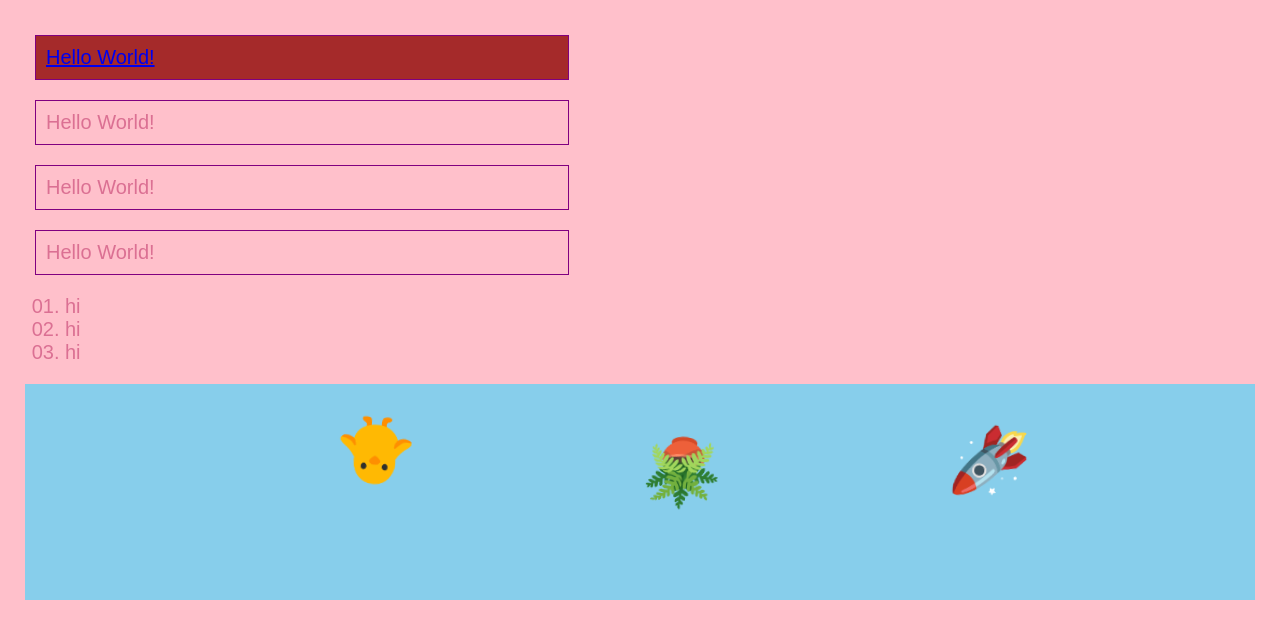
Repository: j1s00jang/MDIA-2109
Page: index2.html
These files come from the project's save history. The page is drawn as it stood at one moment and after the next save; the edit follows.
The browser window is 1280 px wide. The pictures show the whole page.

Above is the page before, as saved 2025-02-24 10:21:48.

### index2.html
<!DOCTYPE html>
<html lang="en">
<head>
    <meta charset="UTF-8">
    <meta name="viewport" content="width=device-width, initial-scale=1.0">
    <title>Document</title>
    <link rel="stylesheet" href="css/style.css">
</head>
<body>
    <!-- <section>
        Hello World!🐶
    </section>
    <section class="container">
        And Hello!🐻‍❄️
    </section>
    <section class="container" id="specific-container">
        Hello, Teenie!🐰
    </section>
    <section class="section">
        <section class="container">
            Hello fox!🦊
        </section>
    id is override everything!
    id > selector > element
    !important <- it makes absolute value, not effected
    </section> -->



    <section class="container">
        <a href="321.html" class="link">Hello World!</a>
    </section>
    <section class="container">
        Hello World!
    </section>
    <section class="container">
        Hello World!
    </section>
    <section class="container">
        Hello World!
    </section>
    <ul>
        <li>
            hi
        </li>
        <li>
            hi
        </li>
        <li>
            hi
        </li>
    </ul>



    <div class="css">
        <span class="css__spinner spin">🐥</span>
        <span class="css__spinner moreSpin">🪴</span>
        <span class="css__spinner mostSpin">🚀</span>
    </div>






</body>
</html>

### css/style.css
/* Resets and Basics */

html {
    font-family: "Futura", sans-serif;
    font-size: 1.25em;
    background-color: pink;
    padding: 1.25em;
    color:palevioletred;
}

body {
    margin: 0;
}


section {
    border: 1px solid gray;
    /* border-width: 1px;
    border-style: solid;
    border-color: gray; */
    width: 40vw;
    /* vw is almost similar with % */
    padding: 10px;
    margin: 10px;
}


section .container {
    border-color: darkorange;
}

.container {
    border: 1px solid;
    border-color: purple;
    transition: all 0.5s;
}


.container:first-child {
    background-color: brown;
}




.container:hover {
    width: 50vw;
}

.container + .container {
    margin-top: 20px;
}


.link {
    transition: background-color 1s;
}

.link:hover {
    text-decoration: underline;
    color: gray;
    background-color: hotpink;
}



#specific-container {
    border-color: blue;
}


ul {
    list-style-type: decimal-leading-zero;
}







.icon-box {
    padding: 5px;
}

.icon-box__image {
    width: 40px;
    height: 40px;
}

.icon-box__heading {
    font-size: 20px;
    margin: 10px 0;
    text-align: center;
}

.icon-box__text {
    color: gray;
    font-size: 12px;
}


/* Animations */

.css {
    position: relative;
    height: 30vh;
    font-size: 65px;
    background: skyblue;
}

.css__spinner {
    position: absolute;
    animation-name: makeItSpin;
    animation-duration: 3s;
    animation-timing-function: ease-in;
    animation-delay: 0s;
    animation-iteration-count: infinite;
}

.spin { left: 25%; top: 25%; }
.moreSpin { left: 50%; top: 35%; }
.mostSpin { left: 75%; top: 30%; }



@keyframes makeItSpin {
    0% {
        transform: rotate(0);
    }
    100% {
        transform: rotate(360deg) translateY(50px);
    }
}

After the next save:
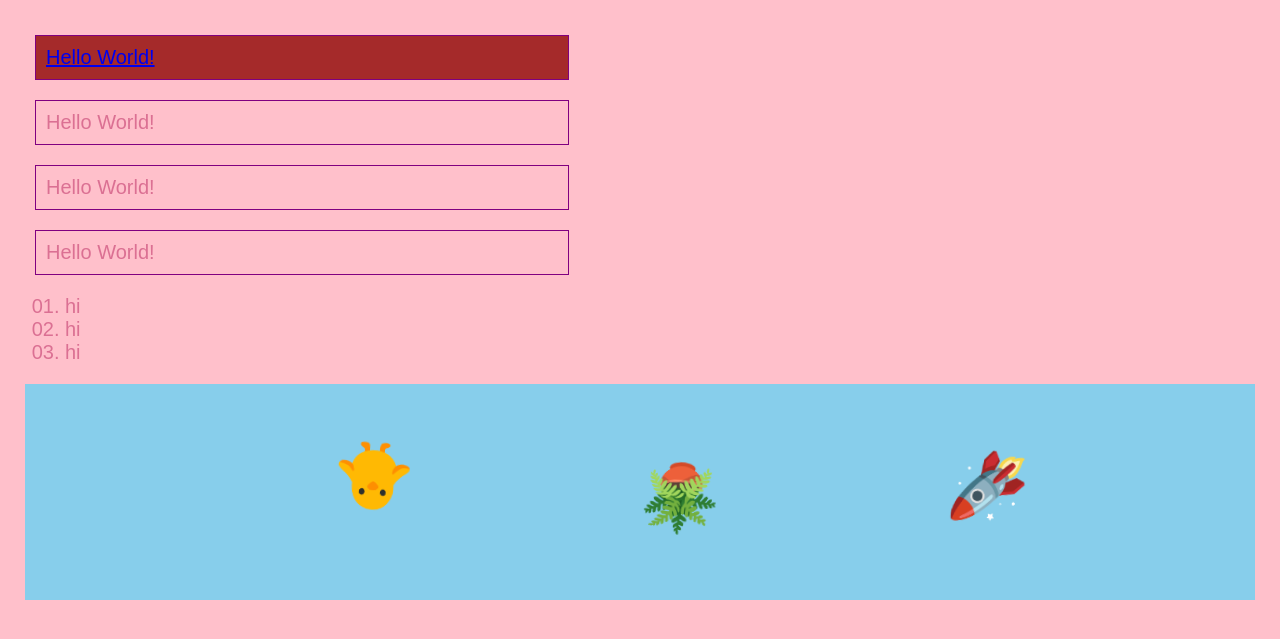
Saved 4 min 14 s later.
--- a/css/style.css
+++ b/css/style.css
@@ -111,11 +111,7 @@ ul {
 
 .css__spinner {
     position: absolute;
-    animation-name: makeItSpin;
-    animation-duration: 3s;
-    animation-timing-function: ease-in;
-    animation-delay: 0s;
-    animation-iteration-count: infinite;
+    animation: makeItSpin 3s ease-in infinite;
 }
 
 .spin { left: 25%; top: 25%; }
@@ -129,6 +125,6 @@ ul {
         transform: rotate(0);
     }
     100% {
-        transform: rotate(360deg) translateY(50px);
+        transform: rotate(360deg);
     }
 }
